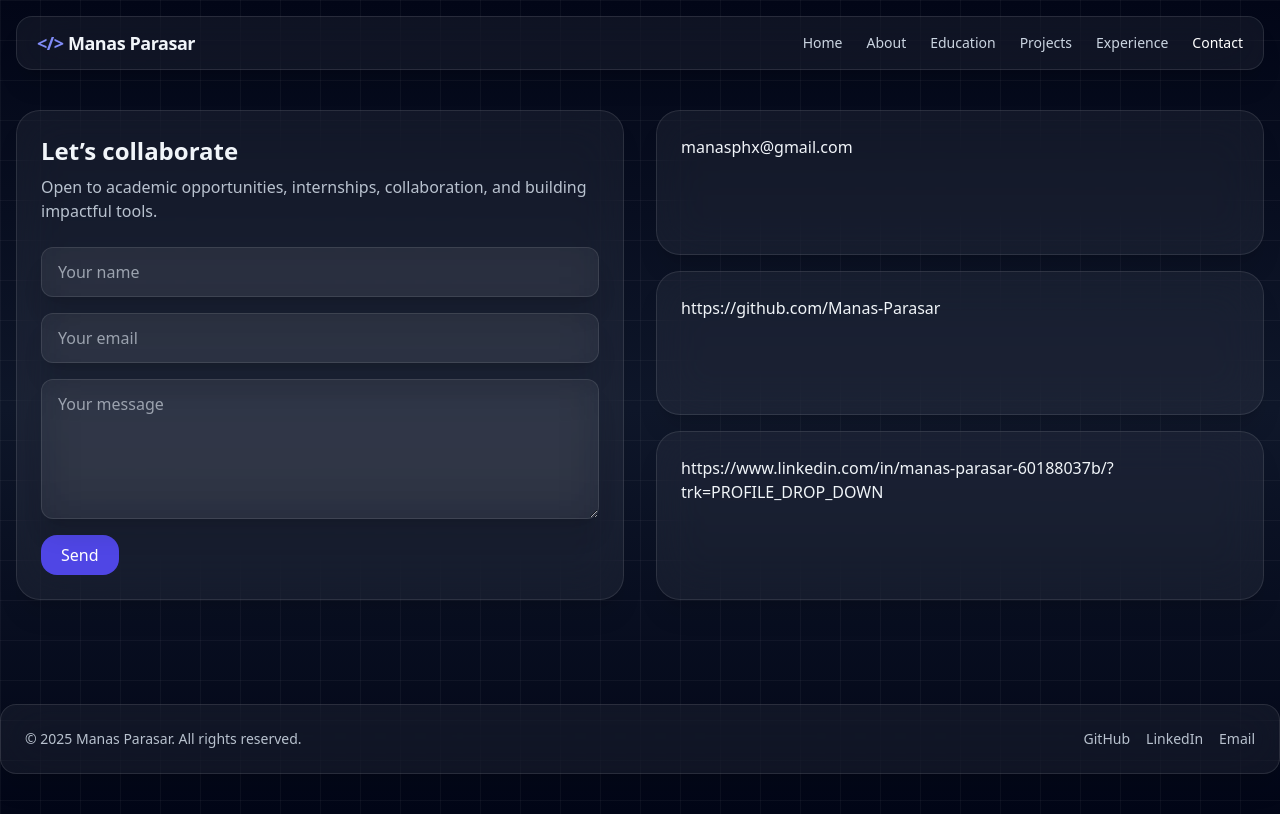
Repository: Manas-Parasar/portfolio-manas-parasar
Page: /contact
An editor plug-in stored every save of this project. The page is shown before and after the next save, followed by the edit.
The browser window is 1280 px wide. The pictures show the whole page.
The project was rebuilt for these pictures with package versions that can differ from the ones it lists, and the page was loaded fresh each time. Also part of the build but not shown: vite.config.js, src/components/Hero.jsx, src/components/Section.jsx, src/components/ProjectCard.jsx, src/pages/Home.jsx, src/pages/About.jsx, src/pages/Projects.jsx, src/components/TimelineItem.jsx and 1 more.

Above is the page before, as saved 2025-08-21 00:34:13.

### index.html
<!DOCTYPE html>
<html lang="en">
  <head>
    <meta charset="UTF-8" />
    <meta name="viewport" content="width=device-width, initial-scale=1.0" />
    <title>Manas Parasar — Portfolio</title>
    <meta
      name="description"
      content="Portfolio of Manas Parasar: projects, leadership, research, and impact."
    />
    <link rel="icon" href="/favicon.svg" />
  </head>
  <body
    class="min-h-screen bg-gradient-to-b from-slate-950 via-slate-900 to-slate-950 text-slate-100"
  >
    <div id="root"></div>
    <script type="module" src="/src/main.jsx"></script>
  </body>
</html>

### src/main.jsx
import { BrowserRouter } from "react-router-dom";
import "./index.css";
import React from "react";
import ReactDOM from "react-dom/client";
import App from "./App";

ReactDOM.createRoot(document.getElementById("root")).render(
  <React.StrictMode>
    <BrowserRouter>
      <App />
    </BrowserRouter>
  </React.StrictMode>
);

### src/index.css
@tailwind base;
@tailwind components;
@tailwind utilities;

html,
body {
  margin: 0;
  padding: 0;
  box-sizing: border-box;
  overscroll-behavior: none;
  overflow-x: hidden;
}

html {
  background-color: #0aa345; /* slate-900 */
}

html,
body {
  margin: 0;
  padding: 0;
  box-sizing: border-box;
}

html {
  background-color: #0f172a; /* slate-900 */
}

/* Subtle selection & scrollbar tweaks */
::selection {
  background: #175430;
  color: white;
}
::-webkit-scrollbar {
  width: 10px;
}
::-webkit-scrollbar-thumb {
  background: rgba(148, 184, 155, 0.4);
  border-radius: 999px;
}

/* Reusable utilities */
@layer utilities {
  .glass {
    @apply bg-white/5 backdrop-blur-xl border border-white/10 shadow-xl;
  }
  .btn {
    @apply inline-flex items-center gap-2 rounded-2xl px-5 py-2 font-medium transition;
  }
  .btn-primary {
    @apply btn bg-brand-600 hover:bg-brand-500 text-white;
  }
  .btn-ghost {
    @apply btn glass hover:bg-white/10;
  }
  .headline {
    @apply text-4xl md:text-5xl font-extrabold tracking-tight;
  }
  .subtle {
    @apply text-slate-300/90;
  }
}

### src/App.jsx
import { Routes, Route } from "react-router-dom";
import Navbar from "./components/Navbar";
import Footer from "./components/Footer";
import Home from "./pages/Home";
import About from "./pages/About";
import Projects from "./pages/Projects";
import Experience from "./pages/Experience";
import Contact from "./pages/Contact";
import Education from "./pages/Education";

export default function App() {
  return (
    <div className="min-h-screen flex flex-col bg-grid-sheer bg-grid-sheer bg-[length:40px_40px] overflow-hidden">
      <div className="absolute inset-0 -z-10 opacity-70" aria-hidden>
        <div className="absolute -top-40 -left-40 h-96 w-96 rounded-full bg-brand-500 blur-[120px] opacity-30 animate-float" />
      </div>
      <Navbar />
      <main className="container py-10 flex-grow">
        <Routes>
          <Route path="/" element={<Home />} />
          <Route path="/about" element={<About />} />
          <Route path="/education" element={<Education />} />
          <Route path="/projects" element={<Projects />} />
          <Route path="/experience" element={<Experience />} />
          <Route path="/contact" element={<Contact />} />
        </Routes>
      </main>
      <Footer />
    </div>
  );
}

### src/components/Navbar.jsx
import { Link, NavLink } from "react-router-dom";
import { Menu, X } from "lucide-react";
import { useState } from "react";

export default function Navbar() {
  const [open, setOpen] = useState(false);
  const nav = [
    { to: "/", label: "Home" },
    { to: "/about", label: "About" },
    { to: "/education", label: "Education" },
    { to: "/projects", label: "Projects" },
    { to: "/experience", label: "Experience" },
    { to: "/contact", label: "Contact" },
  ];

  const NavItems = ({ onClick }) => (
    <ul className="flex flex-col md:flex-row gap-4 md:gap-6 text-sm">
      {nav.map((n) => (
        <li key={n.to}>
          <NavLink
            to={n.to}
            onClick={onClick}
            className={({ isActive }) =>
              `transition hover:text-white ${
                isActive ? "text-white" : "text-slate-300"
              }`
            }
          >
            {n.label}
          </NavLink>
        </li>
      ))}
    </ul>
  );

  return (
    <header className="sticky top-0 z-50">
      <div className="container mt-4">
        <div className="glass rounded-2xl px-5 py-3 flex items-center justify-between">
          <Link to="/" className="font-black tracking-tight text-lg">
            <span className="text-brand-400">&lt;/&gt;</span> Manas Parasar
          </Link>
          <nav className="hidden md:block">
            <NavItems />
          </nav>
          <button
            className="md:hidden btn-ghost"
            onClick={() => setOpen(!open)}
            aria-label="Toggle Menu"
          >
            {open ? <X size={20} /> : <Menu size={20} />}
          </button>
        </div>
        {open && (
          <div className="md:hidden mt-2 glass rounded-2xl px-5 py-4">
            <NavItems onClick={() => setOpen(false)} />
          </div>
        )}
      </div>
    </header>
  );
}

### src/components/Footer.jsx
export default function Footer() {
  return (
    <footer className="mt-16 pb-10">
      <div className="container glass rounded-2xl p-6 flex flex-col md:flex-row items-center justify-between gap-4">
        <p className="text-sm subtle">
          © {new Date().getFullYear()} Manas Parasar. All rights reserved.
        </p>
        <div className="text-sm subtle flex gap-4">
          <a
            href="https://github.com/"
            target="_blank"
            className="hover:text-white"
          >
            GitHub
          </a>
          <a
            href="https://linkedin.com/"
            target="_blank"
            className="hover:text-white"
          >
            LinkedIn
          </a>
          <a href="mailto:manas@example.com" className="hover:text-white">
            Email
          </a>
        </div>
      </div>
    </footer>
  );
}

### src/pages/Contact.jsx
export default function Contact() {
  return (
    <div className="grid md:grid-cols-2 gap-8">
      <div className="glass rounded-3xl p-6">
        <h2 className="text-2xl font-bold">Let’s collaborate</h2>
        <p className="subtle mt-2">
          Open to academic opportunities, internships, collaboration, and
          building impactful tools.
        </p>
        <form className="mt-6 grid gap-4" onSubmit={(e) => e.preventDefault()}>
          <input
            className="glass rounded-xl px-4 py-3"
            placeholder="Your name"
          />
          <input
            className="glass rounded-xl px-4 py-3"
            placeholder="Your email"
            type="email"
          />
          <textarea
            className="glass rounded-xl px-4 py-3 min-h-[140px]"
            placeholder="Your message"
          />
          <button className="btn-primary w-fit">Send</button>
        </form>
      </div>
      <div className="grid gap-4">
        <a
          className="glass rounded-3xl p-6 hover:shadow-glow transition"
          href="mailto:manas@example.com"
        >
          manasphx@gmail.com
        </a>
        <a
          className="glass rounded-3xl p-6 hover:shadow-glow transition"
          href="https://github.com/"
          target="_blank"
        >
          https://github.com/Manas-Parasar
        </a>
        <a
          className="glass rounded-3xl p-6 hover:shadow-glow transition"
          href="https://linkedin.com/in/"
          target="_blank"
        >
          https://www.linkedin.com/in/manas-parasar-60188037b/?trk=PROFILE_DROP_DOWN
        </a>
      </div>
    </div>
  );
}

### src/pages/Education.jsx
import { FaJava } from "react-icons/fa";
import {
  SiJavascript,
  SiReact,
  SiPython,
  SiFirebase,
  SiTailwindcss,
  SiGit,
  SiHtml5,
  SiCss3,
  SiCplusplus,
} from "react-icons/si";
import React from "react";

const skills = [
  { name: "Java", icon: <FaJava />, color: "text-red-500" },
  { name: "React", icon: <SiReact />, color: "text-blue-500" },
  { name: "Python", icon: <SiPython />, color: "text-yellow-500" },
  { name: "Firebase", icon: <SiFirebase />, color: "text-yellow-400" },
  { name: "Tailwind", icon: <SiTailwindcss />, color: "text-teal-500" },
  { name: "Git", icon: <SiGit />, color: "text-orange-600" },
  { name: "HTML", icon: <SiHtml5 />, color: "text-orange-500" },
  { name: "CSS", icon: <SiCss3 />, color: "text-blue-600" },
  { name: "JavaScript", icon: <SiJavascript />, color: "text-yellow-300" },
  { name: "C++", icon: <SiCplusplus />, color: "text-blue-700" },
];

export default function Education() {
  return (
    <div className="space-y-6">
      <div className="glass rounded-3xl p-6 hover:shadow-glow transition">
        <h3 className="font-semibold mb-2 text-2xl text-brand-400">College</h3>
        <div className="subtle">
          <p className="font-bold">Paradise Valley Community College</p>
          <p>Associate of Science in Computer Science</p>
          <p>May 2026</p>
          <p>Phoenix, AZ</p>
        </div>
      </div>
      <div className="glass rounded-3xl p-6 hover:shadow-glow transition">
        <h3 className="font-semibold mb-2 text-2xl text-brand-400">
          High School
        </h3>
        <div className="subtle">
          <p className="font-bold">
            Arizona Agribusiness & Equine Center - Paradise Valley
          </p>
          <p>High School Diploma</p>
          <p>May 2026</p>
          <p>Phoenix, AZ</p>
        </div>
      </div>
      <div className="glass rounded-3xl p-6 hover:shadow-glow transition">
        <h3 className="font-semibold mb-2 text-2xl text-brand-400">
          Academics & Scores
        </h3>
        <ul className="subtle list-disc list-inside space-y-1">
          <li>Digital SAT: 1530 (770 Math, 760 English)</li>
          <li>ACT: 35 (36 Math, 36 Science, 36 English, 33 Reading)</li>
          <li>GPA: 4.00 (Unweighted)</li>
        </ul>
      </div>
      <div className="glass rounded-3xl p-6 hover:shadow-glow transition">
        <h3 className="font-semibold mb-2 text-2xl text-brand-400">
          Related Coursework
        </h3>
        <div className="grid grid-cols-1 md:grid-cols-2 gap-4 subtle">
          <div>
            <ul className="list-disc list-inside space-y-1">
              <li>Geometry 1-2</li>
              <li>Algebra 3-4</li>
              <li>Pre-Calculus 1-2</li>
              <li>College Algebra/Functions (MAT151)</li>
              <li>Calculus with Analytical Geometry I (MAT220)</li>
              <li>Calculus with Analytical Geometry II (MAT230)</li>
              <li>Biology 1-2</li>
            </ul>
          </div>
          <div>
            <ul className="list-disc list-inside space-y-1">
              <li>Chemistry 1-2</li>
              <li>University Physics I: Mechanics (PHY121)</li>
              <li>Introduction to Computer Science (Java) (CSC110AB)</li>
              <li>
                Object Oriented Programming and Data Structures (CSC205AC)
              </li>
              <li>Digital Design Fundamentals (CSC120)</li>
              <li>
                Introduction to Different Programming Languages (CSC240AA)
              </li>
              <li>Introduction to Logic (PHI103)</li>
            </ul>
          </div>
        </div>
      </div>
      <div className="glass rounded-3xl p-6 hover:shadow-glow transition">
        <h3 className="font-semibold mb-2 text-2xl text-brand-400">Skills</h3>
        <div className="grid grid-cols-2 md:grid-cols-4 gap-4">
          {skills.map((skill, index) => (
            <React.Fragment key={skill.name}>
              {index === 8 && <div className="hidden md:block col-span-1" />}
              <div className="flex items-center gap-4 bg-white/5 p-4 rounded-lg transition-all duration-300 ease-in-out hover:bg-white/10 hover:scale-105 hover:shadow-glow">
                <div className={`text-4xl ${skill.color}`}>{skill.icon}</div>
                <div>
                  <h4 className="font-bold">{skill.name}</h4>
                </div>
              </div>
            </React.Fragment>
          ))}
        </div>
      </div>
    </div>
  );
}

### tailwind.config.js
/** @type {import('tailwindcss').Config} */
export default {
  content: ["./index.html", "./src/**/*.{js,jsx,ts,tsx}"],
  theme: {
    extend: {
      container: { center: true, padding: "1rem" },
      fontFamily: {
        display: ["Inter", "ui-sans-serif", "system-ui"],
      },
      colors: {
        brand: {
          50: "#eef2ff",
          100: "#e0e7ff",
          200: "#c7d2fe",
          300: "#a5b4fc",
          400: "#818cf8",
          500: "#6366f1",
          600: "#4f46e5",
          700: "#4338ca",
          800: "#3730a3",
          900: "#312e81",
        },
      },
      boxShadow: {
        glow: "0 0 0 0 rgba(99,102,241,0.5), 0 0 80px 10px rgba(99,102,241,0.25)",
      },
      backgroundImage: {
        "grid-sheer":
          "linear-gradient(rgba(255,255,255,0.04) 1px, transparent 1px), linear-gradient(90deg, rgba(255,255,255,0.04) 1px, transparent 1px)",
      },
      backgroundSize: {
        "grid-sheer": "40px 40px",
      },
      animation: {
        float: "float 6s ease-in-out infinite",
        shimmer: "shimmer 4s linear infinite",
      },
      keyframes: {
        float: {
          "0%, 100%": { transform: "translateY(0px)" },
          "50%": { transform: "translateY(-10px)" },
        },
        shimmer: {
          "0%": { backgroundPosition: "-200% 0" },
          "100%": { backgroundPosition: "200% 0" },
        },
      },
    },
  },
  plugins: [],
};

After the next save:
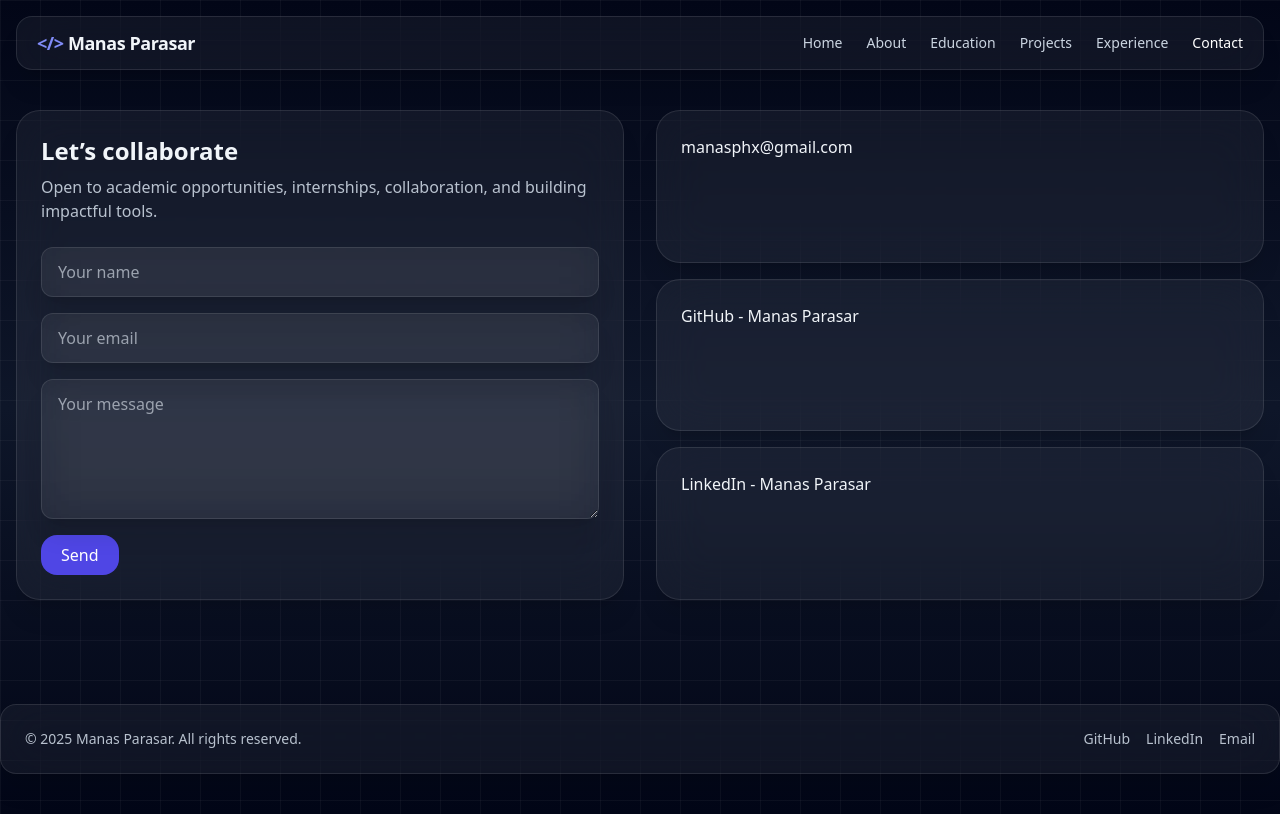
Saved 11 h 37 min later.
--- a/src/pages/Contact.jsx
+++ b/src/pages/Contact.jsx
@@ -36,14 +36,14 @@ export default function Contact() {
           href="https://github.com/"
           target="_blank"
         >
-          https://github.com/Manas-Parasar
+          GitHub - Manas Parasar
         </a>
         <a
           className="glass rounded-3xl p-6 hover:shadow-glow transition"
-          href="https://linkedin.com/in/"
+          href="https://www.linkedin.com/in/manas-parasar-60188037b/?trk=PROFILE_DROP_DOWN"
           target="_blank"
         >
-          https://www.linkedin.com/in/manas-parasar-60188037b/?trk=PROFILE_DROP_DOWN
+          LinkedIn - Manas Parasar
         </a>
       </div>
     </div>
